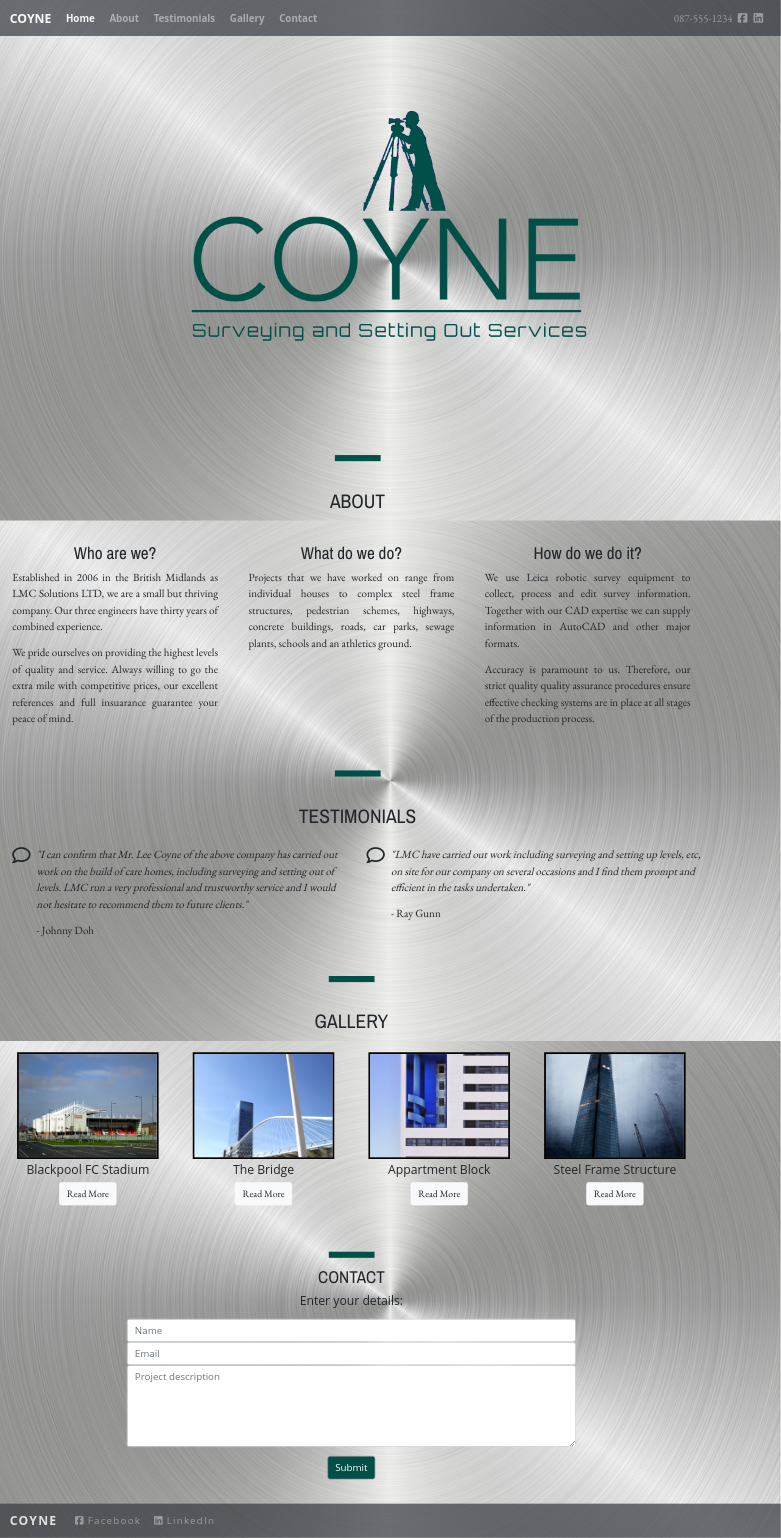
Repository: Leo-Cullen/first-milestone-project
Page: index.html
The author's editor kept a record of every edit. The page is drawn from the files as they stood at one moment, then again after the next edit.
The browser window is 1280 px wide. The pictures show the whole page, at 61% of full size.
Backgrounds fixed to the window are drawn as part of the page. Some web libraries are served in a nearby version.

Above is the page before.

After the next edit:
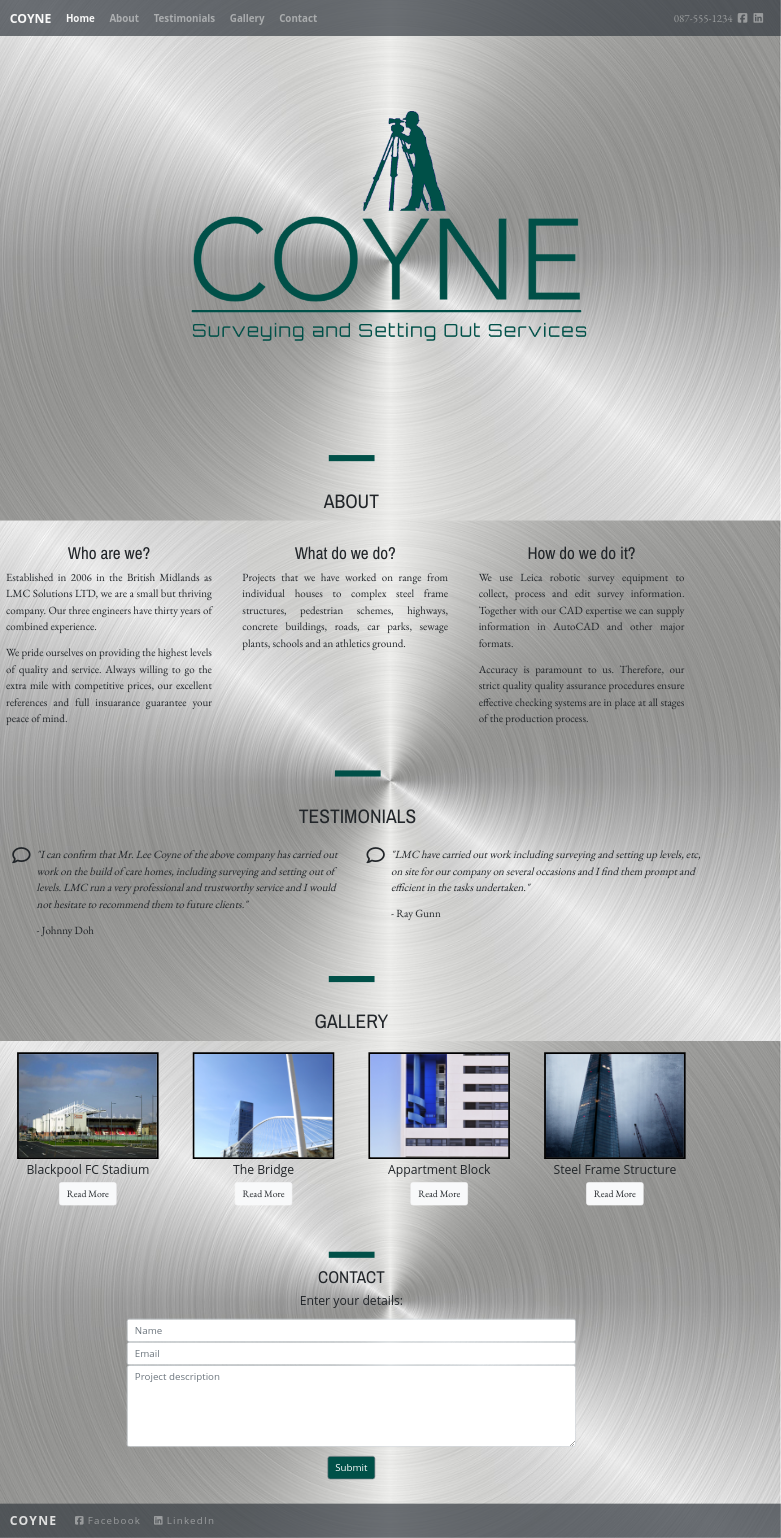
The edit:
--- a/assets/css/style.css
+++ b/assets/css/style.css
@@ -98,8 +98,6 @@
 
 .about-container {
     margin-top: 00px;
-    margin-left: 10px;
-    margin-right: 10px;
     padding: 10px;
 }
 
